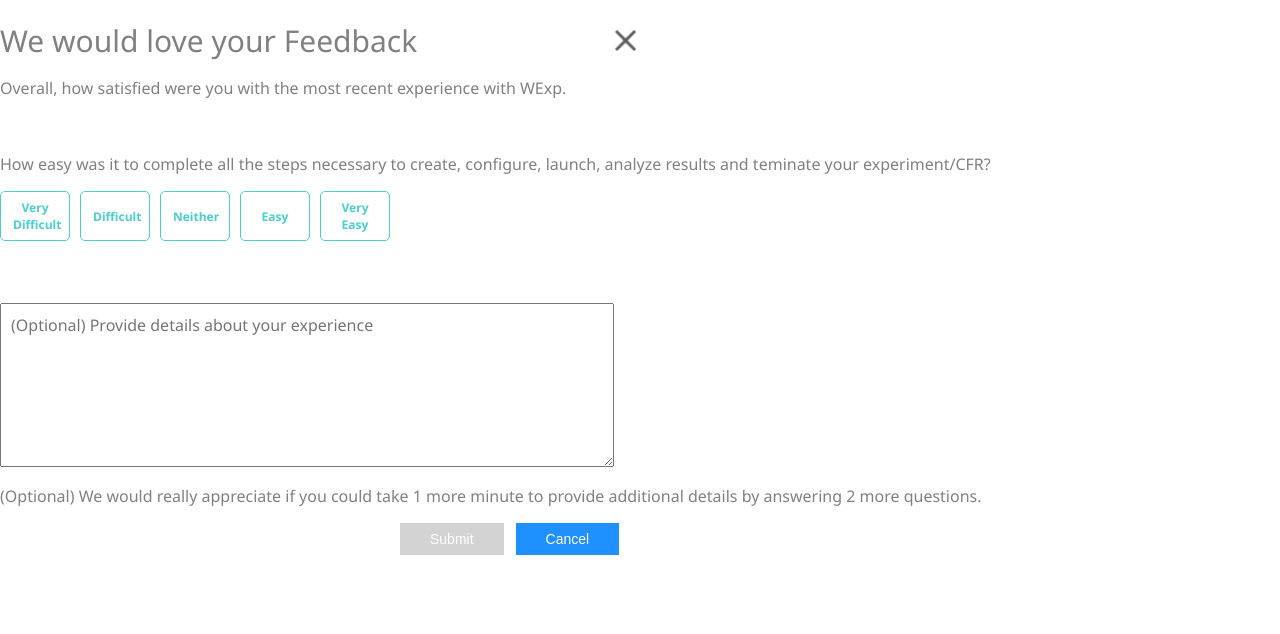
Repository: msfinnan/react-mobx-feedback-form
Page: /
These files come from the project's save history. The page is drawn as it stood at one moment and after the next save; the edit follows.
The browser window is 1280 px wide. The pictures show the whole page.
The project was rebuilt for these pictures with package versions that can differ from the ones it lists, and the page was loaded fresh each time.

Above is the page before, as saved 2019-08-27 16:14:35.

After the next save:
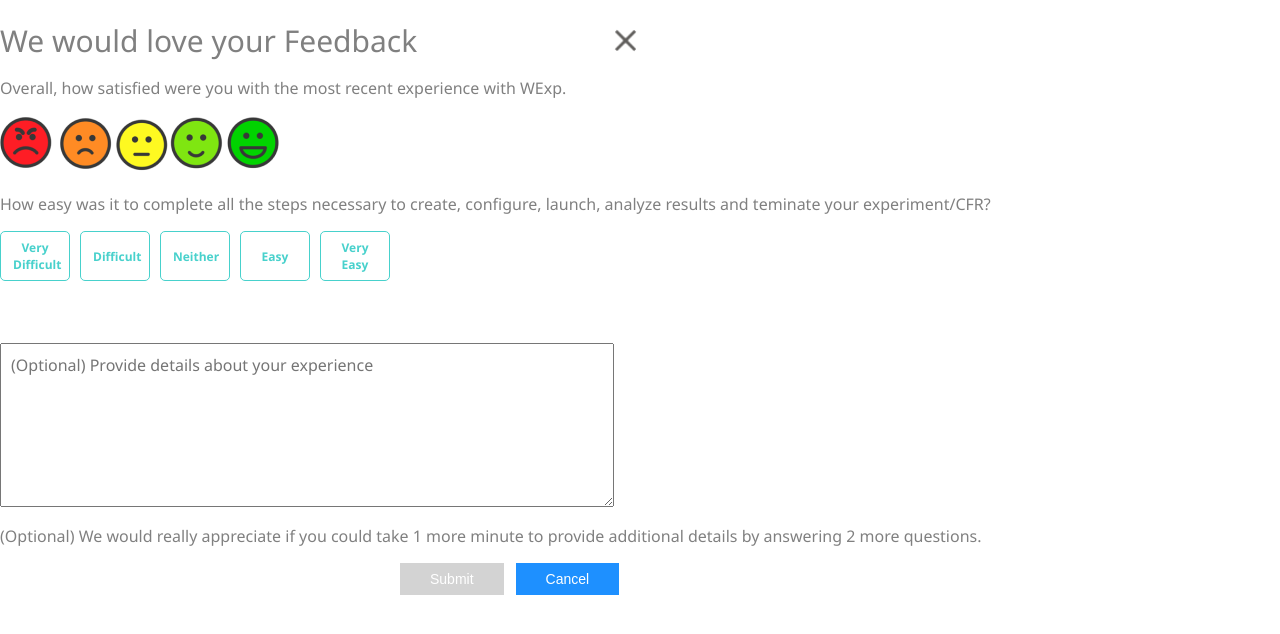
Saved 4 s later.
--- a/src/Components/EmojiCollection.tsx
+++ b/src/Components/EmojiCollection.tsx
@@ -29,7 +29,7 @@ export const EmojiCollection: React.FunctionComponent = (): JSX.Element => {
 
     const emojiComponents = emojis.map((emoji, i) => {
         return (
-            <Emoji key={i} />
+            <Emoji key={i} src={emoji.src} alt={emoji.alt} />
         );
     });
 
